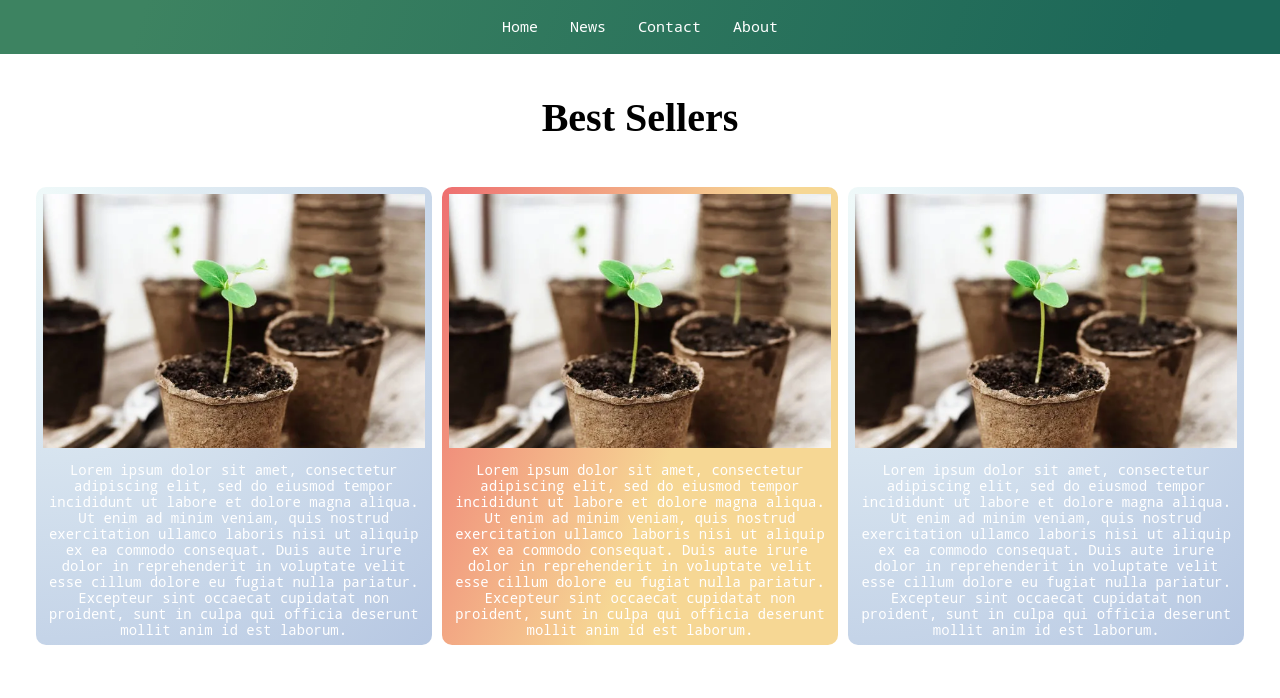
Repository: Flexo874/ISITECH-HTML-CSS
Page: index.html
The author's editor kept a copy of each file at every save. The page is drawn from the files as they stood at one save, then again after the next save.
The browser window is 1280 px wide. The pictures show the whole page.

Above is the page before, as saved 2024-01-02 14:55:34.

After the next save:
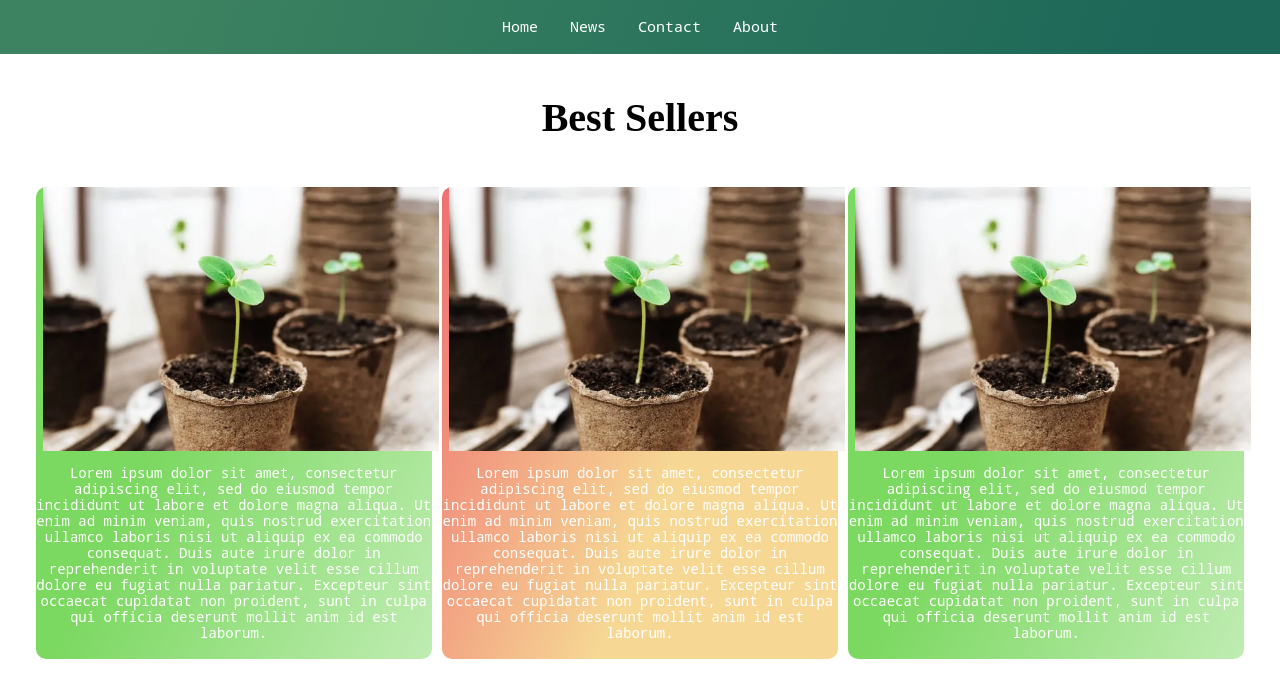
Saved 81 s later.
--- a/style.css
+++ b/style.css
@@ -65,8 +65,7 @@ h1 {
 
 
 .item {
-    background-image: radial-gradient( circle farthest-corner at 1.3% 2.8%,  rgba(239,249,249,1) 0%, rgba(182,199,226,1) 100.2% );    display: flex;
-    flex-direction: column;
+    background-image: linear-gradient( 117deg,  rgba(123,216,96,1) 39.2%, rgba(255,255,255,1) 156.2% );    flex-direction: column;
     align-items: center;
     justify-content: center;
     border-radius: 10px;

After the 2 saves that followed:
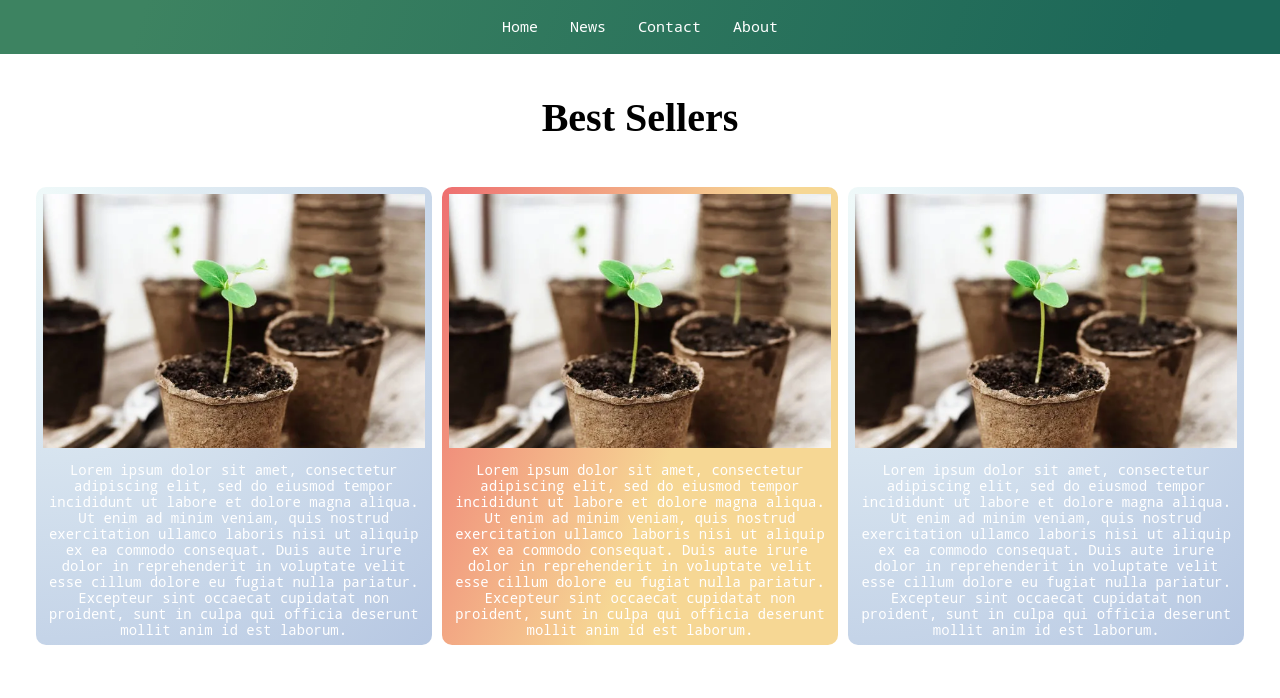
The 2 saves are shown as one change because 1 left the picture as it was.
The last was saved 11 s later.
--- a/style.css
+++ b/style.css
@@ -65,7 +65,8 @@ h1 {
 
 
 .item {
-    background-image: linear-gradient( 117deg,  rgba(123,216,96,1) 39.2%, rgba(255,255,255,1) 156.2% );    flex-direction: column;
+    background-image: radial-gradient( circle farthest-corner at 1.3% 2.8%,  rgba(239,249,249,1) 0%, rgba(182,199,226,1) 100.2% );    display: flex;
+    flex-direction: column;
     align-items: center;
     justify-content: center;
     border-radius: 10px;
